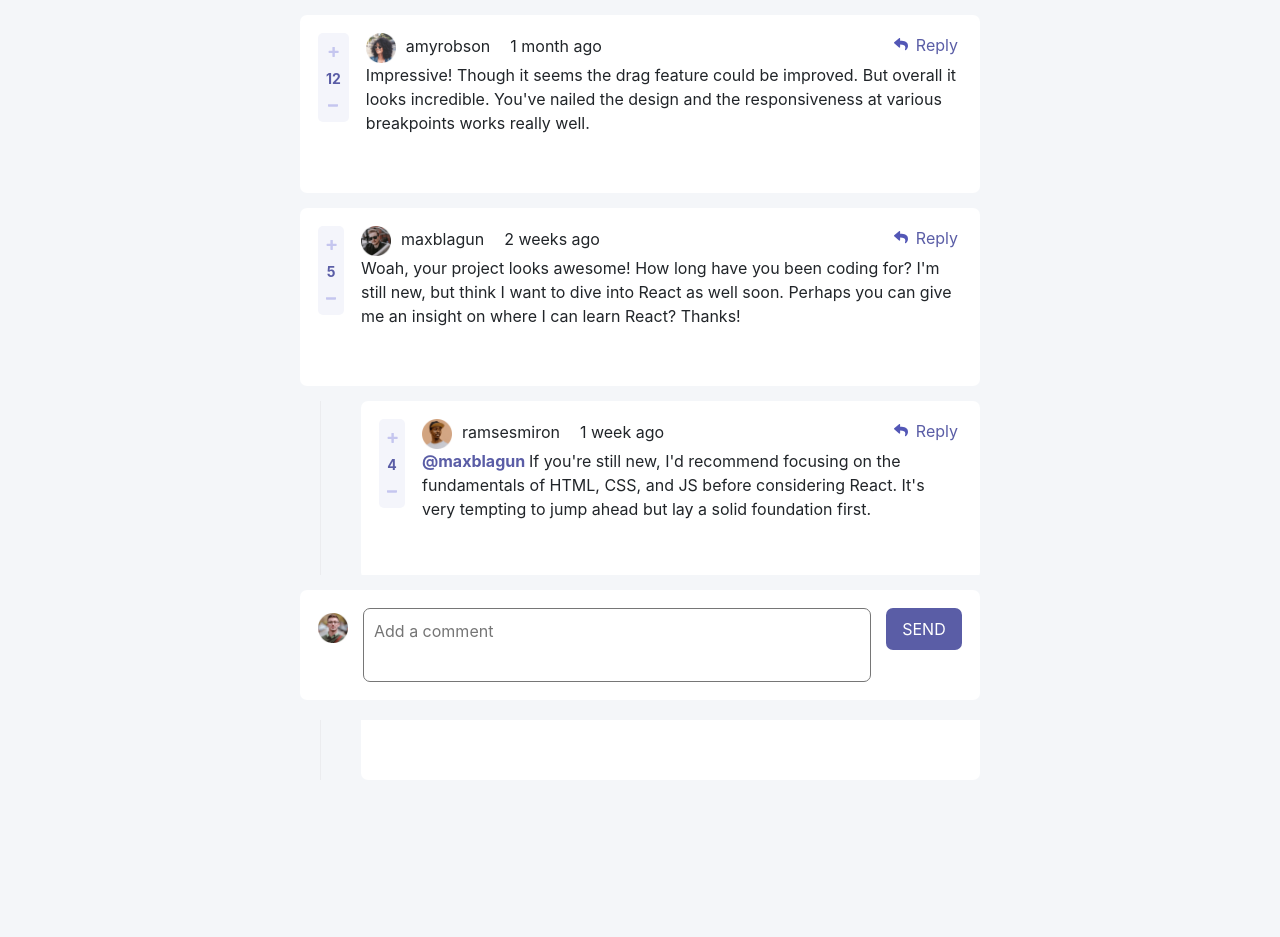
Repository: debaaah/interactive-comments-section-
Page: /
The author's editor kept a copy of each file at every save. The page is drawn from the files as they stood at one save, then again after the next save.
The browser window is 1280 px wide. The pictures show the whole page.
The project was rebuilt for these pictures with package versions that can differ from the ones it lists, and the page was loaded fresh each time.

Above is the page before, as saved 2022-04-29 00:42:27.

After the next save:
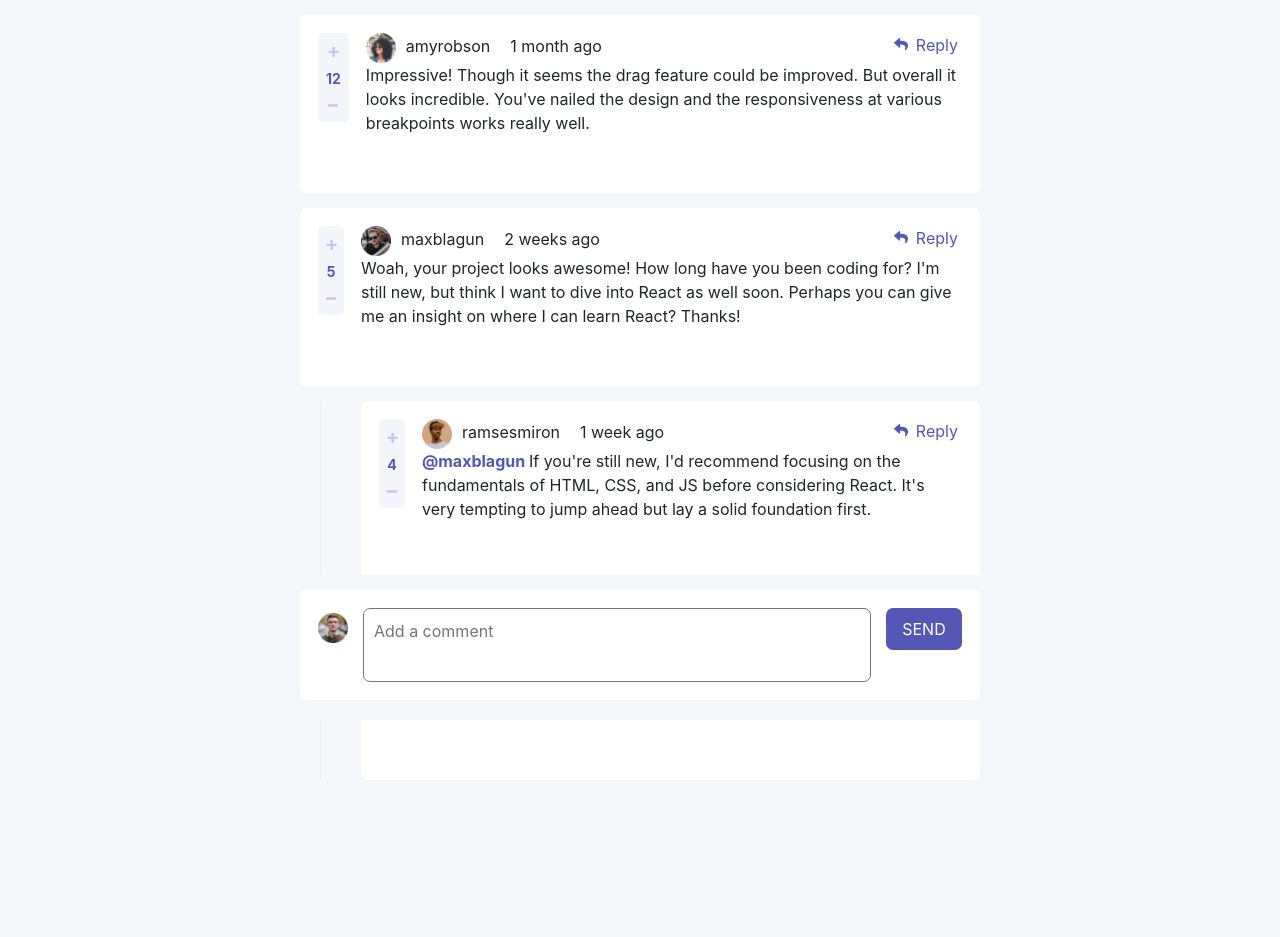
Saved 19 s later.
--- a/src/components/sass/style.scss
+++ b/src/components/sass/style.scss
@@ -1,8 +1,9 @@
-$blue: #5a5da6;
-$blueish: #c4c5ec;
-$red: #ED6368;
-$reddish: #f4bbc0;
+$blue: hsl(238, 40%, 52%);//#5a5da6;
+$blueish: hsl(239, 57%, 85%);//#c4c5ec;
+$red:  hsl(358, 79%, 66%);//#ED6368;
+$reddish: hsl(357, 100%, 86%);//#f4bbc0;
 $bg: #f4f6f9;
+
 
 body{
     background-color: $bg;
